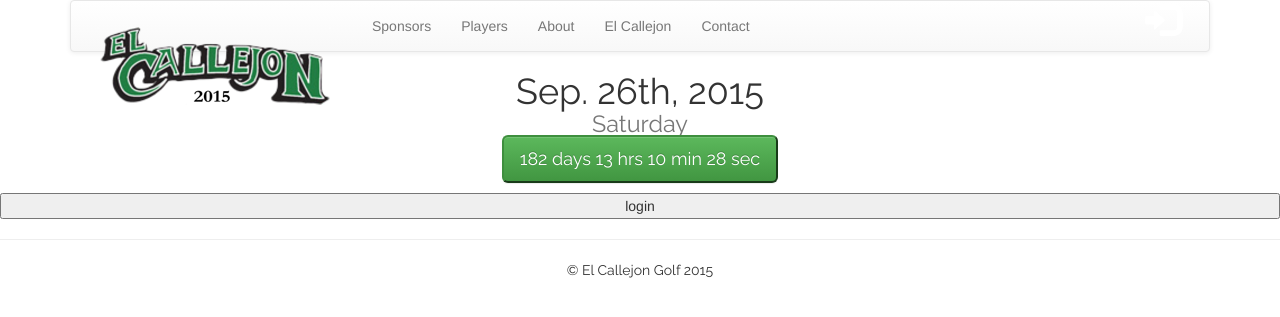
Repository: rojour/callejongolf
Page: register/templates/registration/login.html
The author's editor kept a record of every edit. The page is drawn from the files as they stood at one moment, then again after the next edit.
The browser window is 1280 px wide. The pictures show the whole page.
Some web libraries are served in a nearby version. The template is drawn by Django 2.2. The application's start-up code is not run. Other server files are loaded and not shown. The template is opened directly, without the code that normally fills it, so the values that code supplies are empty.

Above is the page before.

### register/templates/registration/login.html
{% extends "home/home_base.html" %}


{% block content %}

{% if form.errors %}
<p>Your username and password didn't match. Please try again.</p>
{% endif %}

<form class="player-form" method="post" action="{% url 'django.contrib.auth.views.login' %}">
{% csrf_token %}
<table>
<tr>
    <td>{{ form.username.label_tag }}</td>
    <td>{{ form.username }}</td>
</tr>
<tr>
    <td>{{ form.password.label_tag }}</td>
    <td>{{ form.password }}</td>
</tr>
</table>

<input type="submit" value="login" />
<input type="hidden" name="next" value="{{ next }}" />
</form>

{% endblock %}

### register/templates/home/home_base.html
{% load staticfiles %}

<html lang="en">
  <head>
   <meta http-equiv="X-UA-Compatible" content="IE=edge,chrome=1">
   <meta charset="utf-8">
   <meta name="viewport" content="width=device-width, initial-scale=1.0">
   <meta name="description" content="">
   <meta name="author" content="">

   <title>El Callejon Golf Registration/Information Page.</title>

   <!-- Bootstrap core CSS -->
   <link rel="stylesheet" href="https://maxcdn.bootstrapcdn.com/bootstrap/3.3.4/css/bootstrap.min.css">
   <link rel="stylesheet" href="https://maxcdn.bootstrapcdn.com/bootstrap/3.3.4/css/bootstrap-theme.min.css">

   <link rel="stylesheet" href="{% static 'css/register.css' %}">
   <link href="//fonts.googleapis.com/css?family=Raleway&subset=latin,latin-ext" rel="stylesheet" type="text/css">
   <link rel="stylesheet" href="../../static/css/themes/default/default.css" type="text/css" media="screen" />
   <link rel="stylesheet" href="../../static/css/themes/light/light.css" type="text/css" media="screen" />
   <link rel="stylesheet" href="../../static/css/themes/dark/dark.css" type="text/css" media="screen" />
   <link rel="stylesheet" href="../../static/css/themes/bar/bar.css" type="text/css" media="screen" />
   <link rel="stylesheet" href="../../static/css/nivo-slider.css" type="text/css" media="screen" />


   <!-- Custom styles for this template -->

 </head>

 <body>

   {% include 'home/navbar.html' %}

   <h1 class="text-center">Sep. 26th, 2015<br><small class="text-muted">Saturday</small><br><button type="button" class="btn-lg btn-success"><span id="countdown"></span></button></h1>

   {% block content %}
   {% endblock %}

   <hr>
   <!-- Site footer -->
   <div class="footer">
      <p class="text-center">&copy; El Callejon Golf 2015</p>
   </div>

   </body>

    <!-- Bootstrap core JavaScript
    ================================================== -->
    <!-- Placed at the end of the document so the pages load faster -->
	<script src="http://code.jquery.com/jquery-1.11.0.min.js" ></script>
   <script src="https://maxcdn.bootstrapcdn.com/bootstrap/3.3.4/js/bootstrap.min.js"></script>

   <script src="../../static/js/countdown.js"></script>
	<script src="../../static/js/waypoints.js" ></script>
	<script src="../../static/js/waypoints-sticky.js" ></script>

	<script type="text/javascript" >
		$(document).ready(function() {
			$('.my-sticky-element').waypoint('sticky');
			});
	</script>

	 <script type="text/javascript" src="../../static/js/jquery.nivo.slider.js"></script>
    <script type="text/javascript">
    $(window).load(function() {
        $('#slider').nivoSlider();
    });
    </script>


</html>

### register/templates/home/navbar.html
{% load staticfiles %}


<!-- NAVBAR
================================================== -->
   <div class="navbar-wrapper">
      <div class="container">
         <div class="my-sticky-element navbar navbar-default">
            <div class="container">
               <div class="navbar-header">
                  <button type="button" class="navbar-toggle" data-toggle="collapse" data-target=".navbar-collapse">
                  <span class="icon-bar"></span>
                  <span class="icon-bar"></span>
                  <span class="icon-bar"></span>
                  </button>
                  <a class="navbar-brand" href="{% url 'home.views.index' %}"><img class="img-responsive" src="../../static/img/logos/Golf Logo 2015.png"></a>
               </div>
               <div class="navbar-collapse collapse">
                  <ul class="nav navbar-nav">
                     <li><a href="{% url 'home.views.sponsors' %}">Sponsors</a></li>
                     <li><a href="{% url 'home.views.players' %}">Players</a></li>
                     <li><a href="#">About</a></li>
                     <li><a href="http://www.el-callejon.com">El Callejon</a></li>
                     <li><a href="{% url 'home.views.contactus' %}">Contact</a></li>
			         </ul>
			         <ul style=margin-right:1% class="nav navbar-nav navbar-right">

			   {% if user.is_authenticated %}
            <a href="{% url 'home.views.management' %}" class="top-menu"><span class="glyphicon glyphicon-edit"></span></a>
            <li class="text-center"><small>Hello {{ user.username }}<br>(<a href="{% url 'django.contrib.auth.views.logout' %}">Log out</a>)</small></li>
            {% else %}
            <a href="{% url 'django.contrib.auth.views.login' %}" class="top-menu"><span class="glyphicon glyphicon-log-in"></span></a>
            {% endif %}
                  </ul>
               </div>
            </div>
         </div>
      </div>
   </div>

### static/css/register.css
.page-header {
    background-color: #227C45;
    margin-top: 0;
    padding: 20px 20px 20px 40px;
}

.page-header h1, .page-header h1 a, .page-header h1 a:visited, .page-header h1 a:active {
    color: #ffffff;
    font-size: 36pt;
    text-decoration: none;
}

.page-header p {
    color: #ffffff;
    margin-left: 90px;
}

a {
    color: black;
}

.content {
    margin-left: 80px;
}

h1, h2, h3, h4, p {
    font-family:'Raleway';
}

.date {
    float: right;
    color: #828282;
}

.save {
    float: right;
}

.player-form textarea, .player-form input {
    width: 100%;
}


.top-menu, .top-menu:hover, .top-menu:visited {
    color: #ffffff;
    float: right;
    font-size: 26pt;
    margin-right: 20px;
}

.player {
    margin-bottom: 70px;
}

.player h1 a, .player h1 a:visited {
    color: #000000;
}

### static/css/themes/default/default.css
/*
Skin Name: Nivo Slider Default Theme
Skin URI: http://nivo.dev7studios.com
Description: The default skin for the Nivo Slider.
Version: 1.3
Author: Gilbert Pellegrom
Author URI: http://dev7studios.com
Supports Thumbs: true
*/

.theme-default .nivoSlider {
	position:relative;
	background:#fff url(loading.gif) no-repeat 50% 50%;
    margin-bottom:10px;
    -webkit-box-shadow: 0px 1px 5px 0px #4a4a4a;
    -moz-box-shadow: 0px 1px 5px 0px #4a4a4a;
    box-shadow: 0px 1px 5px 0px #4a4a4a;
}
.theme-default .nivoSlider img {
	position:absolute;
	top:0px;
	left:0px;
	display:none;
}
.theme-default .nivoSlider a {
	border:0;
	display:block;
}

.theme-default .nivo-controlNav {
	text-align: center;
	padding: 20px 0;
}
.theme-default .nivo-controlNav a {
	display:inline-block;
	width:22px;
	height:22px;
	background:url(bullets.png) no-repeat;
	text-indent:-9999px;
	border:0;
	margin: 0 2px;
}
.theme-default .nivo-controlNav a.active {
	background-position:0 -22px;
}

.theme-default .nivo-directionNav a {
	display:block;
	width:30px;
	height:30px;
	background:url(arrows.png) no-repeat;
	text-indent:-9999px;
	border:0;
	opacity: 0;
	-webkit-transition: all 200ms ease-in-out;
    -moz-transition: all 200ms ease-in-out;
    -o-transition: all 200ms ease-in-out;
    transition: all 200ms ease-in-out;
}
.theme-default:hover .nivo-directionNav a { opacity: 1; }
.theme-default a.nivo-nextNav {
	background-position:-30px 0;
	right:15px;
}
.theme-default a.nivo-prevNav {
	left:15px;
}

.theme-default .nivo-caption {
    font-family: Helvetica, Arial, sans-serif;
}
.theme-default .nivo-caption a {
    color:#fff;
    border-bottom:1px dotted #fff;
}
.theme-default .nivo-caption a:hover {
    color:#fff;
}

.theme-default .nivo-controlNav.nivo-thumbs-enabled {
	width: 100%;
}
.theme-default .nivo-controlNav.nivo-thumbs-enabled a {
	width: auto;
	height: auto;
	background: none;
	margin-bottom: 5px;
}
.theme-default .nivo-controlNav.nivo-thumbs-enabled img {
	display: block;
	width: 120px;
	height: auto;
}

### static/css/themes/light/light.css
/*
Skin Name: Nivo Slider Light Theme
Skin URI: http://nivo.dev7studios.com
Description: A light skin for the Nivo Slider.
Version: 1.0
Author: Gilbert Pellegrom
Author URI: http://dev7studios.com
Supports Thumbs: true
*/

.theme-light.slider-wrapper {
    background: #fff;
    padding: 10px;
}
.theme-light .nivoSlider {
	position:relative;
	background:#fff url(loading.gif) no-repeat 50% 50%;
    margin-bottom:10px;
    overflow: visible;
}
.theme-light .nivoSlider img {
	position:absolute;
	top:0px;
	left:0px;
	display:none;
}
.theme-light .nivoSlider a {
	border:0;
	display:block;
}

.theme-light .nivo-controlNav {
	text-align: left;
	padding: 0;
	position: relative;
	z-index: 10;
}
.theme-light .nivo-controlNav a {
	display:inline-block;
	width:10px;
	height:10px;
	background:url(bullets.png) no-repeat;
	text-indent:-9999px;
	border:0;
	margin: 0 2px;
}
.theme-light .nivo-controlNav a.active {
	background-position:0 100%;
}

.theme-light .nivo-directionNav a {
	display:block;
	width:30px;
	height:30px;
	background: url(arrows.png) no-repeat;
	text-indent:-9999px;
	border:0;
	top: auto;
	bottom: -36px;
	z-index: 11;
}
.theme-light .nivo-directionNav a:hover {
    background-color: #eee;
    -webkit-border-radius: 2px;
    -moz-border-radius: 2px;
    border-radius: 2px;
}
.theme-light a.nivo-nextNav {
	background-position:160% 50%;
	right:0px;
}
.theme-light a.nivo-prevNav {
    background-position:-60% 50%;
    left: auto;
	right: 35px;
}

.theme-light .nivo-caption {
    font-family: Helvetica, Arial, sans-serif;
}
.theme-light .nivo-caption a {
    color:#fff;
    border-bottom:1px dotted #fff;
}
.theme-light .nivo-caption a:hover {
    color:#fff;
}

.theme-light .nivo-controlNav.nivo-thumbs-enabled {
	width: 80%;
}
.theme-light .nivo-controlNav.nivo-thumbs-enabled a {
	width: auto;
	height: auto;
	background: none;
	margin-bottom: 5px;
}
.theme-light .nivo-controlNav.nivo-thumbs-enabled img {
	display: block;
	width: 120px;
	height: auto;
}

### static/css/themes/dark/dark.css
/*
Skin Name: Nivo Slider Dark Theme
Skin URI: http://nivo.dev7studios.com
Description: A dark skin for the Nivo Slider.
Version: 1.0
Author: Gilbert Pellegrom
Author URI: http://dev7studios.com
Supports Thumbs: true
*/

.theme-dark.slider-wrapper {
    background: #222;
    padding: 10px;
}
.theme-dark .nivoSlider {
	position:relative;
	background:#fff url(loading.gif) no-repeat 50% 50%;
    margin-bottom:10px;
    overflow: visible;
}
.theme-dark .nivoSlider img {
	position:absolute;
	top:0px;
	left:0px;
	display:none;
}
.theme-dark .nivoSlider a {
	border:0;
	display:block;
}

.theme-dark .nivo-controlNav {
	text-align: left;
	padding: 0;
	position: relative;
	z-index: 10;
}
.theme-dark .nivo-controlNav a {
	display:inline-block;
	width:10px;
	height:10px;
	background:url(bullets.png) no-repeat 0 2px;
	text-indent:-9999px;
	border:0;
	margin: 0 2px;
}
.theme-dark .nivo-controlNav a.active {
	background-position:0 100%;
}

.theme-dark .nivo-directionNav a {
	display:block;
	width:30px;
	height:30px;
	background: url(arrows.png) no-repeat;
	text-indent:-9999px;
	border:0;
	top: auto;
	bottom: -36px;
	z-index: 11;
}
.theme-dark .nivo-directionNav a:hover {
    background-color: #333;
    -webkit-border-radius: 2px;
    -moz-border-radius: 2px;
    border-radius: 2px;
}
.theme-dark a.nivo-nextNav {
	background-position:-16px 50%;
	right:0px;
}
.theme-dark a.nivo-prevNav {
    background-position:11px 50%;
    left: auto;
	right: 35px;
}

.theme-dark .nivo-caption {
    font-family: Helvetica, Arial, sans-serif;
}
.theme-dark .nivo-caption a {
    color:#fff;
    border-bottom:1px dotted #fff;
}
.theme-dark .nivo-caption a:hover {
    color:#fff;
}

.theme-dark .nivo-controlNav.nivo-thumbs-enabled {
	width: 80%;
}
.theme-dark .nivo-controlNav.nivo-thumbs-enabled a {
	width: auto;
	height: auto;
	background: none;
	margin-bottom: 5px;
}
.theme-dark .nivo-controlNav.nivo-thumbs-enabled img {
	display: block;
	width: 120px;
	height: auto;
}

### static/css/themes/bar/bar.css
/*
Skin Name: Nivo Slider Bar Theme
Skin URI: http://nivo.dev7studios.com
Description: The bottom bar skin for the Nivo Slider.
Version: 1.0
Author: Gilbert Pellegrom
Author URI: http://dev7studios.com
Supports Thumbs: false
*/

.theme-bar.slider-wrapper {
    position: relative;
    border: 1px solid #333;
    overflow: hidden;
}
.theme-bar .nivoSlider {
	position:relative;
	background:#fff url(loading.gif) no-repeat 50% 50%;
}
.theme-bar .nivoSlider img {
	position:absolute;
	top:0px;
	left:0px;
	display:none;
}
.theme-bar .nivoSlider a {
	border:0;
	display:block;
}

.theme-bar .nivo-controlNav {
    position: absolute;
    left: 0;
    bottom: -41px;
    z-index: 10;
    width: 100%;
    height: 30px;
	text-align: center;
	padding: 5px 0;
	border-top: 1px solid #333;
	background: #333;
    background: -moz-linear-gradient(top,  #565656 0%, #333333 100%); /* FF3.6+ */
    background: -webkit-gradient(linear, left top, left bottom, color-stop(0%,#565656), color-stop(100%,#333333)); /* Chrome,Safari4+ */
    background: -webkit-linear-gradient(top,  #565656 0%,#333333 100%); /* Chrome10+,Safari5.1+ */
    background: -o-linear-gradient(top,  #565656 0%,#333333 100%); /* Opera 11.10+ */
    background: -ms-linear-gradient(top,  #565656 0%,#333333 100%); /* IE10+ */
    background: linear-gradient(to bottom,  #565656 0%,#333333 100%); /* W3C */
    filter: progid:DXImageTransform.Microsoft.gradient( startColorstr='#565656', endColorstr='#333333',GradientType=0 ); /* IE6-9 */
    opacity: 0.5;
    -webkit-transition: all 200ms ease-in-out;
    -moz-transition: all 200ms ease-in-out;
    -o-transition: all 200ms ease-in-out;
    transition: all 200ms ease-in-out;
}
.theme-bar:hover .nivo-controlNav {
    bottom: 0;
    opacity: 1;
}
.theme-bar .nivo-controlNav a {
	display:inline-block;
	width:22px;
	height:22px;
	background:url(bullets.png) no-repeat;
	text-indent:-9999px;
	border:0;
	margin: 5px 2px 0 2px;
}
.theme-bar .nivo-controlNav a.active {
	background-position:0 -22px;
}

.theme-bar .nivo-directionNav a {
	display:block;
	border:0;
	color: #fff;
	text-transform: uppercase;
	top: auto;
	bottom: 10px;
	z-index: 11;
	font-family: "Helvetica Neue", Helvetica, Arial, sans-serif;
	font-size: 13px;
	line-height: 20px;
	opacity: 0.5;
    -webkit-transition: all 200ms ease-in-out;
    -moz-transition: all 200ms ease-in-out;
    -o-transition: all 200ms ease-in-out;
    transition: all 200ms ease-in-out;
}
.theme-bar a.nivo-nextNav { right: -50px; }
.theme-bar a.nivo-prevNav { left: -50px; }
.theme-bar:hover a.nivo-nextNav {
    right: 15px;
    opacity: 1;
}
.theme-bar:hover a.nivo-prevNav {
    left: 15px;
    opacity: 1;
}
.theme-bar .nivo-directionNav a:hover { color: #ddd; }

.theme-bar .nivo-caption {
    font-family: Helvetica, Arial, sans-serif;
    -webkit-transition: all 200ms ease-in-out;
    -moz-transition: all 200ms ease-in-out;
    -o-transition: all 200ms ease-in-out;
    transition: all 200ms ease-in-out;
}
.theme-bar:hover .nivo-caption {
    bottom: 41px;
}
.theme-bar .nivo-caption a {
    color:#fff;
    border-bottom:1px dotted #fff;
}
.theme-bar .nivo-caption a:hover {
    color:#fff;
}

.theme-bar .nivo-controlNav.nivo-thumbs-enabled {
	width: 100%;
}
.theme-bar .nivo-controlNav.nivo-thumbs-enabled a {
	width: auto;
	height: auto;
	background: none;
	margin-bottom: 5px;
}
.theme-bar .nivo-controlNav.nivo-thumbs-enabled img {
	display: block;
	width: 120px;
	height: auto;
}

### static/css/nivo-slider.css
/*
 * jQuery Nivo Slider v3.2
 * http://nivo.dev7studios.com
 *
 * Copyright 2012, Dev7studios
 * Free to use and abuse under the MIT license.
 * http://www.opensource.org/licenses/mit-license.php
 */

/* The Nivo Slider styles */
.nivoSlider {
	position:relative;
	width:100%;
	height:auto;
	overflow: hidden;
}
.nivoSlider img {
	position:absolute;
	top:0px;
	left:0px;
	max-width: none;
}
.nivo-main-image {
	display: block !important;
	position: relative !important;
	width: 100% !important;
}

/* If an image is wrapped in a link */
.nivoSlider a.nivo-imageLink {
	position:absolute;
	top:0px;
	left:0px;
	width:100%;
	height:100%;
	border:0;
	padding:0;
	margin:0;
	z-index:6;
	display:none;
	background:white;
	filter:alpha(opacity=0);
	opacity:0;
}
/* The slices and boxes in the Slider */
.nivo-slice {
	display:block;
	position:absolute;
	z-index:5;
	height:100%;
	top:0;
}
.nivo-box {
	display:block;
	position:absolute;
	z-index:5;
	overflow:hidden;
}
.nivo-box img { display:block; }

/* Caption styles */
.nivo-caption {
	position:absolute;
	left:0px;
	bottom:0px;
	background:#000;
	color:#fff;
	width:100%;
	z-index:8;
	padding: 5px 10px;
	opacity: 0.8;
	overflow: hidden;
	display: none;
	-moz-opacity: 0.8;
	filter:alpha(opacity=8);
	-webkit-box-sizing: border-box; /* Safari/Chrome, other WebKit */
	-moz-box-sizing: border-box;    /* Firefox, other Gecko */
	box-sizing: border-box;         /* Opera/IE 8+ */
}
.nivo-caption p {
	padding:5px;
	margin:0;
}
.nivo-caption a {
	display:inline !important;
}
.nivo-html-caption {
    display:none;
}
/* Direction nav styles (e.g. Next & Prev) */
.nivo-directionNav a {
	position:absolute;
	top:45%;
	z-index:9;
	cursor:pointer;
}
.nivo-prevNav {
	left:0px;
}
.nivo-nextNav {
	right:0px;
}
/* Control nav styles (e.g. 1,2,3...) */
.nivo-controlNav {
	text-align:center;
	padding: 15px 0;
}
.nivo-controlNav a {
	cursor:pointer;
}
.nivo-controlNav a.active {
	font-weight:bold;
}

### static/js/countdown.js
// set the date we're counting down to
var target_date = new Date("Sep 26, 2015 9:00:00").getTime();

// variables for time units
var days, hours, minutes, seconds;

// get tag element
var countdown = document.getElementById("countdown");

// update the tag with id "countdown" every 1 second
setInterval(function () {

    // find the amount of "seconds" between now and target
    var current_date = new Date().getTime();
    var seconds_left = (target_date - current_date) / 1000;

    // do some time calculations
    days = parseInt(seconds_left / 86400);
    seconds_left = seconds_left % 86400;

    hours = parseInt(seconds_left / 3600);
    seconds_left = seconds_left % 3600;

    minutes = parseInt(seconds_left / 60);
    seconds = parseInt(seconds_left % 60);

    // format countdown string + set tag value
    countdown.innerHTML = days + " days " + hours + " hrs "
    + minutes + " min " + seconds + " sec ";

}, 1000);

Loaded but not shown: static/js/waypoints.js (common file); static/js/waypoints-sticky.js (common file); static/js/jquery.nivo.slider.js (library)

After the next edit:
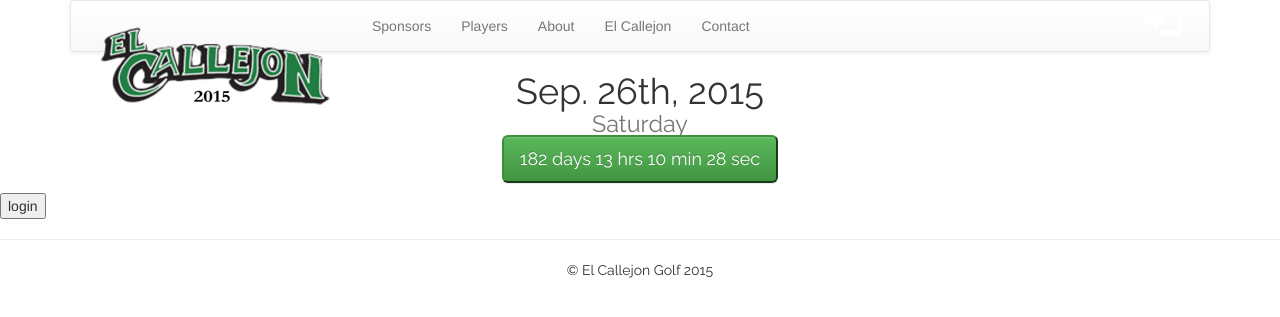
The edit:
--- a/register/templates/registration/login.html
+++ b/register/templates/registration/login.html
@@ -7,7 +7,7 @@
 <p>Your username and password didn't match. Please try again.</p>
 {% endif %}
 
-<form class="player-form" method="post" action="{% url 'django.contrib.auth.views.login' %}">
+<form method="post" action="{% url 'django.contrib.auth.views.login' %}">
 {% csrf_token %}
 <table>
 <tr>
